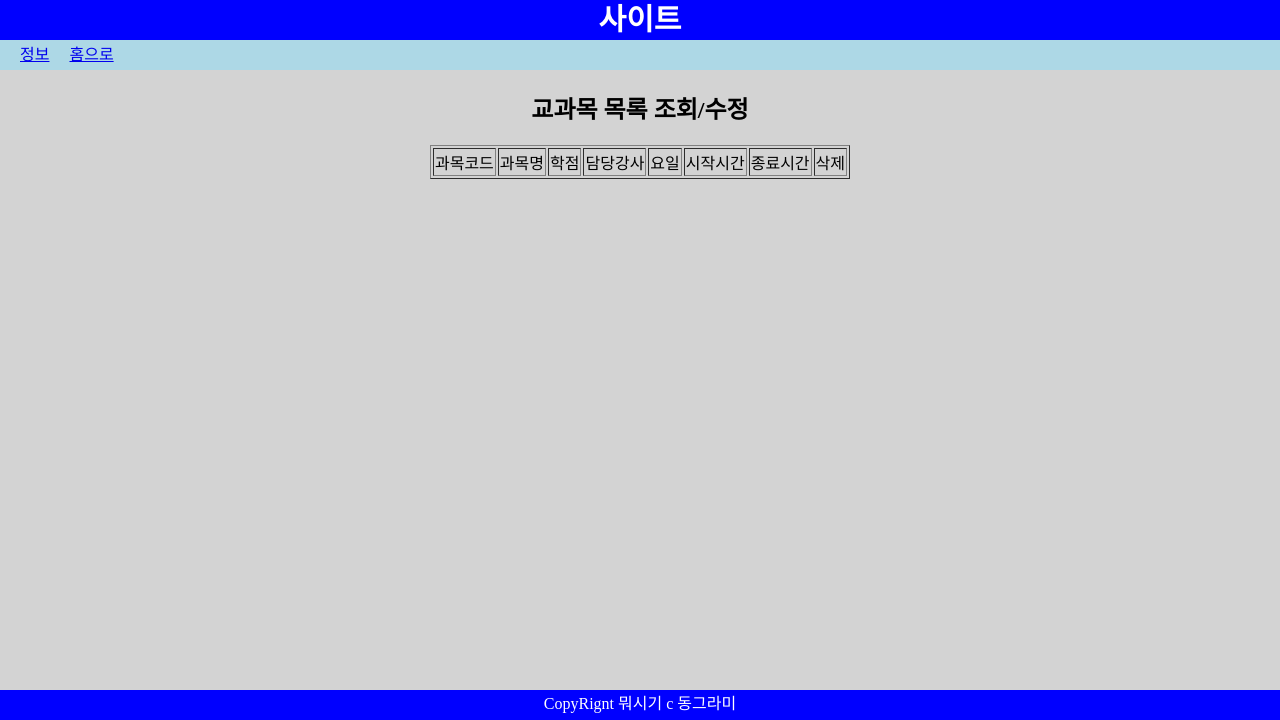
Repository: ImGaram/til
Page: http://localhost/practice/soqn/list.jsp
An editor plug-in stored every save of this project. The page is shown before and after the next save, followed by the edit.
The browser window is 1280 px wide. The pictures show the whole page.
The page is served by Tomcat 9. Queries for data that is not in the repository find no rows.

Above is the page before, as saved 2022-06-28 13:32:33.

After the next save:
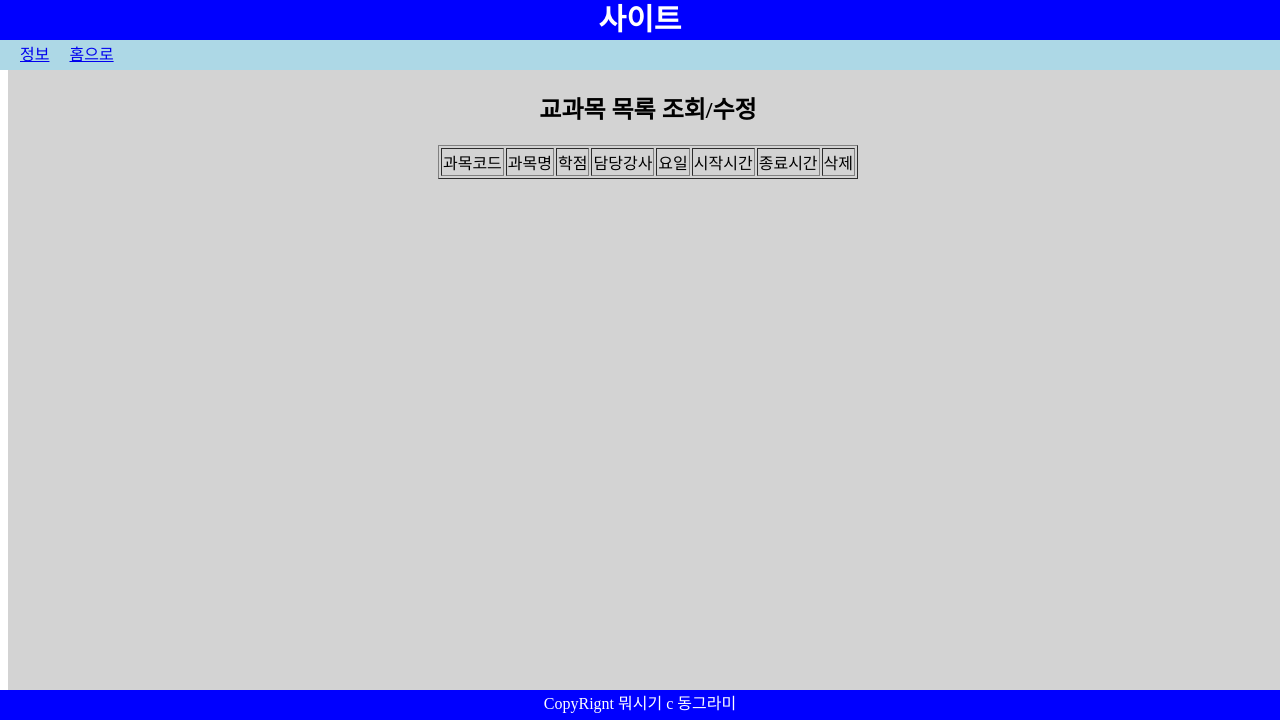
Saved 28 s later.
--- a/2학년 jsp(화면구현)/practice/src/main/webapp/soqn/list.jsp
+++ b/2학년 jsp(화면구현)/practice/src/main/webapp/soqn/list.jsp
@@ -11,7 +11,7 @@
 <body>
 <jsp:include page="header.jsp"></jsp:include>
 
-<section style="position: fixed; top: 70px; left: 0px; width: 100%; height: 100%; background-color: lightgray">
+<section style="position: fixed; top: 70px;  width: 100%; height: 100%; background-color: lightgray">
 <h1 style="text-align: center">
 <b>교과목 목록 조회/수정</b>
 </h1>

After the 3 saves that followed:
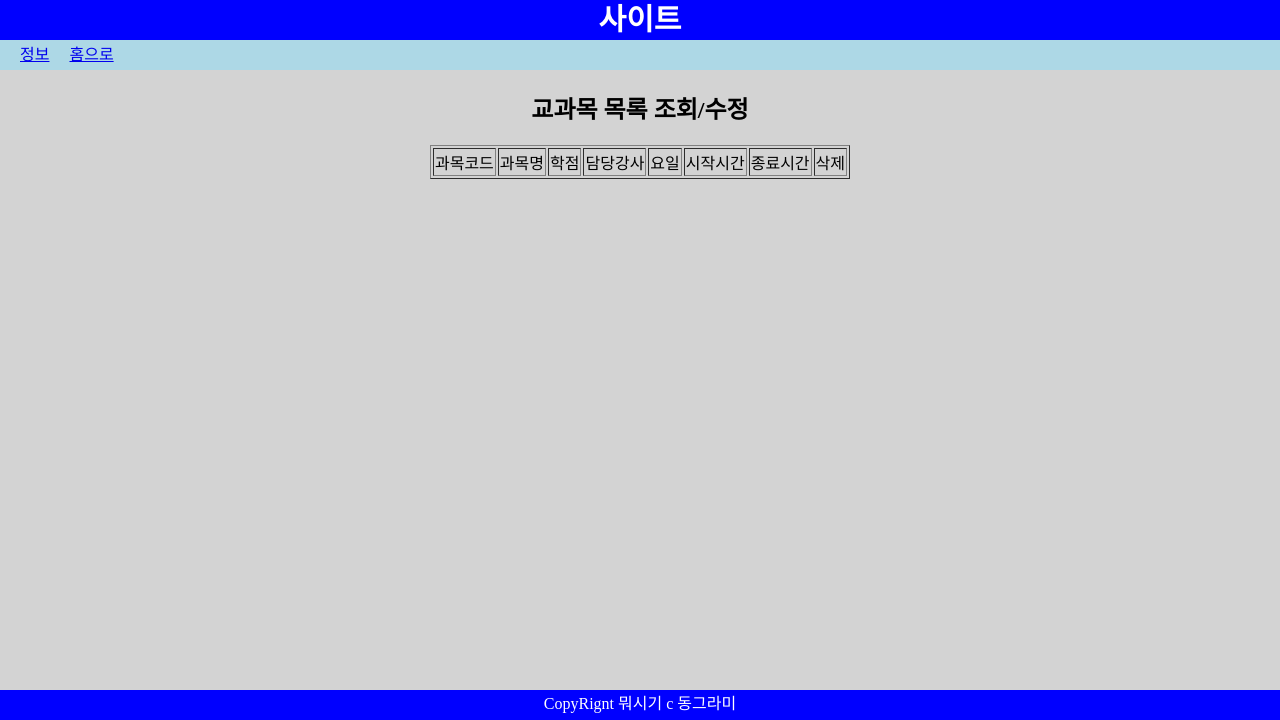
The 3 saves are shown as one change because 2 left the picture as it was.
The last was saved 68 s later.
--- a/2학년 jsp(화면구현)/practice/src/main/webapp/soqn/list.jsp
+++ b/2학년 jsp(화면구현)/practice/src/main/webapp/soqn/list.jsp
@@ -11,7 +11,7 @@
 <body>
 <jsp:include page="header.jsp"></jsp:include>
 
-<section style="position: fixed; top: 70px;  width: 100%; height: 100%; background-color: lightgray">
+<section style="position: fixed; top: 70px; left: 0; width: 100%; height: 100%; background-color: lightgray">
 <h1 style="text-align: center">
 <b>교과목 목록 조회/수정</b>
 </h1>
@@ -62,14 +62,12 @@
 		String end= end_hour.substring(0,2) + "시" + end_hour.substring(2,4)+"분";
 		%>
 		<tr>
-			<td><a href="modify.jsp?id=<%=rs.getString(1) %>"><%=rs.getString(1) %></a></td>
 			<td><%=rs.getString(2) %></td>
 			<td><%=rs.getString(3) %></td>
 			<td><%=rs.getString(4) %></td>
 			<td><%=week %></td>
 			<td><%=start %></td>
 			<td><%=end %></td>
-			<td><a href="action.jsp?id=<%=rs.getString(1) %>&mode=delete">삭제</a></td>
 		</tr>
 		<%
 	}
